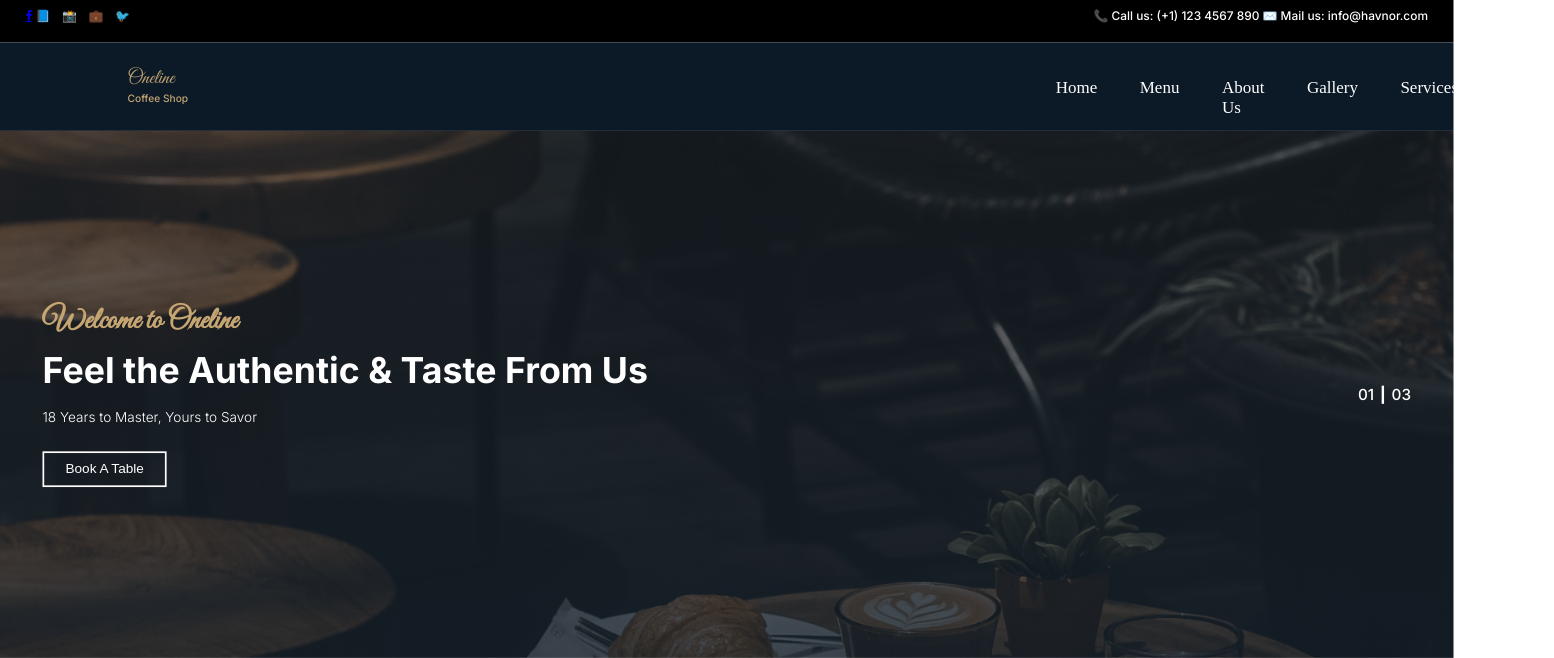
Repository: abhayzulasana/Online-Coffee-Shop
Page: index.html
These files come from the project's save history. The page is drawn as it stood at one moment and after the next save; the edit follows.
The browser window is 1280 px wide. The page is 1828 px wide, so the pictures cover 1828 px, including what lies to the right of the window. The pictures show the whole page, at 85% of full size.

Above is the page before, as saved 2025-05-13 16:52:04.

### index.html
<!DOCTYPE html>
<html lang="en">
<head>
  <meta charset="UTF-8" />
  <meta name="viewport" content="width=device-width, initial-scale=1.0" />
  <title>Oneline Coffee Shop</title>
  <link rel="stylesheet" href="style.css" />
  <link rel="stylesheet" href="https://cdnjs.cloudflare.com/ajax/libs/font-awesome/4.7.0/css/font-awesome.min.css">

  <link rel="preconnect" href="https://fonts.googleapis.com" />
  <link rel="preconnect" href="https://fonts.gstatic.com" crossorigin />
  <link href="https://fonts.googleapis.com/css2?family=Great+Vibes&family=Inter:wght@300;500;700&display=swap" rel="stylesheet">
</head>
<body>
  <header class="top-bar">
    <div class="social-icons">
      <a href="#" class="fa fa-facebook"></a>

      <span>📘</span>
      <span>📸</span>
      <span>💼</span>
      <span>🐦</span>
    </div>
    <div class="contact-info">
      <span>📞 Call us: (+1) 123 4567 890</span>
      <span>✉️ Mail us: info@havnor.com</span>
    </div>
  </header>

  <nav class="navbar">
    <div class="logo">
      <!-- <span>☕</span> -->
      <span class="logo-text">Oneline <small>Coffee Shop</small></span>
    </div>
    <ul class="nav-links">
      <li>Home</li>
      <li>Menu</li>
      <li>About Us</li>
      <li>Gallery</li>
      <li>Services</li>
      <li>Contact Us</li>
    </ul>
  </nav>

  <section class="hero">
    <div class="hero-content" >

      <h2>Welcome to Oneline</h2>
      <h1>Feel the Authentic & Taste From Us</h1>
      <!-- <div class="divider">☕</div> -->
      <p>18 Years to Master, Yours to Savor</p>
      <button>Book A Table</button>
    </div>
    <div class="scroll-number">
      <span>01</span>
      <span>┃</span>
      <span>03</span>
    </div>
  </section>
</body>
</html>

### style.css
/* Reset & Base */
* {
    margin: 0;
    padding: 0px;
    box-sizing: border-box;
  }

  body {
    font-family: 'Inter', sans-serif;
    color: white;
    height: 100vh;
  }

  /* Top Bar */
  .top-bar {
    top: 0px;
    left: 0px;
    width: 1710px;
    height: 50px;
    background-color: #000;
    color: white;
    display: flex;
    justify-content: space-between;
    padding: 10px 30px;
    font-size: 14px;
  }

  .social-icons span {
    margin-right: 10px;
  }
  .contact-info{
    .contact-info {
      display: flex;
      gap: 20px;
      margin-right: 10px;

      align-items: center;
    }

  }
  /* Navbar */
  .navbar {
    top: 47px;
    left: 0px;
    width: 1710px;
    height: 104px;
    background-color: #0c1a28;
    display: flex;
    justify-content: space-between;
    align-items: center;
    padding: 15px 50px;
  }

  .logo {
    display: flex;
    align-items: center;
    font-size: 24px;
  }

  .logo-text {
    top: 81px;
    width: 92px;
    height: 48px;
    color: #C5A572;
    font-family: 'Great Vibes', cursive;
    margin-left: 100px;
    font-size: 24px;
  }

  .logo-text small {
    display: block;
    font-size: 12px;
    font-family: 'Inter', sans-serif;
  }

  .nav-links {
    margin-left: 1000px;

    top: 88px;
height: 24px;
    list-style: none;
    display: flex;
    gap: 50px;
    /* text-align: left; */
font: normal normal normal 20px/24px Montserrat;
letter-spacing: 0px;
color: #FFFFFF;
opacity: 1;
  }

  .nav-links li {
    cursor: pointer;
  }

  /* Hero Section */
  .hero {
    top: 151px;
left: 0px;
width: 1710px;
height: 500px;
    display: flex;
    justify-content: space-between;
    align-items: center;
    height: calc(100vh - 100px);
    padding: 0 50px;
    background: url('img/bgcafe.png')  }

  .hero-content {
    max-width: 50%;
  }

  .hero-content h2 {
    font-family: 'Great Vibes', cursive;
    font-size: 36px;
    color: #C5A572;
    margin-bottom: 10px;

  }

  .hero-content h1 {
    font-size: 42px;
    margin-bottom: 20px;
  }

  .divider {
    font-size: 20px;
    color: #d4af37;
    margin-bottom: 10px;
  }

  .hero-content p {
    margin-bottom: 30px;
    font-weight: 300;
  }

  .hero-content button {
    padding: 10px 25px;
    font-size: 16px;
    background-color: transparent;
    border: 2px solid white;
    color: white;
    cursor: pointer;
    transition: 0.3s;
  }

  .hero-content button:hover {
    background-color: white;
    color: #000;
  }

  .scroll-number {
    text-align: center;
    font-size: 18px;
    line-height: 1.8;
  }

After the next save:
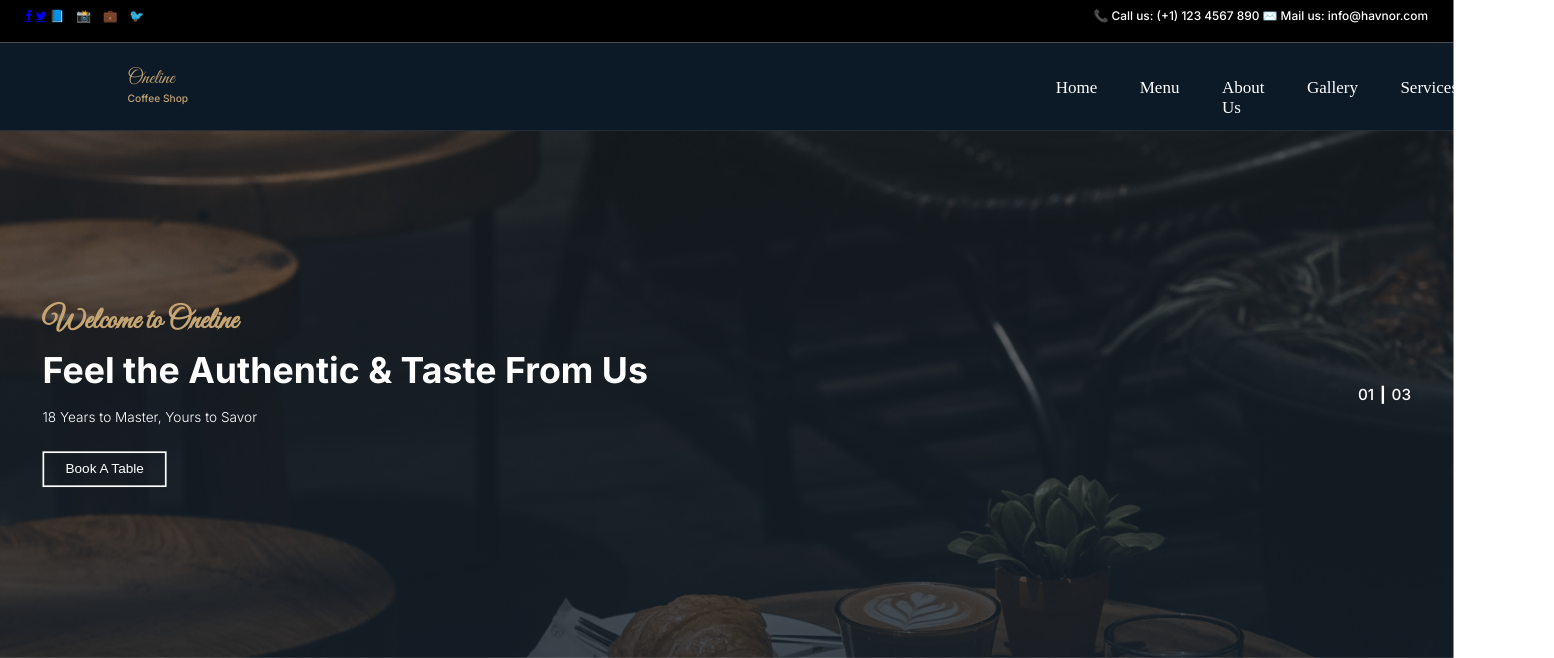
Saved 15 s later.
--- a/index.html
+++ b/index.html
@@ -15,6 +15,7 @@
   <header class="top-bar">
     <div class="social-icons">
       <a href="#" class="fa fa-facebook"></a>
+      <a href="#" class="fa fa-twitter"></a>
 
       <span>📘</span>
       <span>📸</span>
